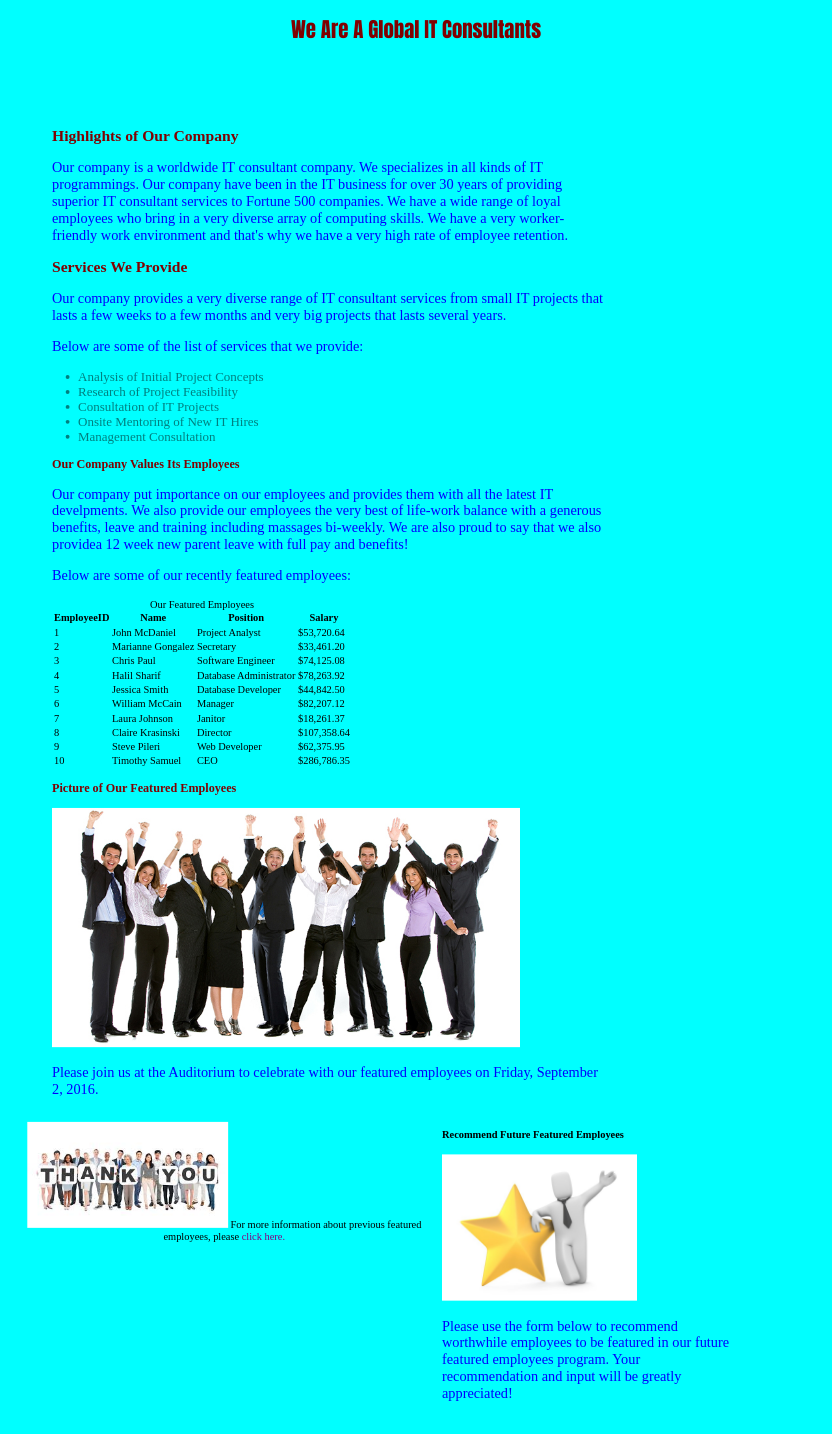
Repository: myjavaweb2/Week5JDBCAssignments
Page: myweek4project/src/main/webapp/index.html
An editor plug-in stored every save of this project. The page is shown before and after the next save, followed by the edit.
The browser window is 1280 px wide. The pictures show the whole page, at 65% of full size.

Above is the page before, as saved 2016-08-26 18:03:22.

### myweek4project/src/main/webapp/index.html
<!DOCTYPE html>
<html>
<head>
<meta charset="ISO-8859-1">
<link rel="stylesheet" href="styles.css" />
<title>Employees at the New World Company</title>
</head>
<body>

<header>
<h1>We Are A Global IT Consultants</h1>
</header>

<main>

<div>
<h2>Highlights of Our Company</h2>

<p>Our company is a worldwide IT consultant company. We specializes in all kinds of IT programmings.
Our company have been in the IT business for over 30 years of providing superior IT consultant
services to Fortune 500 companies. We have a wide range of loyal employees who bring in a very
diverse array of computing skills. We have a very worker-friendly work environment and that's
why we have a very high rate of employee retention.</p>

<h2>Services We Provide</h2>

<p>Our company provides a very diverse range of IT consultant services from small IT projects that lasts
a few weeks to a few months and very big projects that lasts several years.</p>

<p>Below are some of the list of services that we provide:</p>

<ul>
	<li>Analysis of Initial Project Concepts</li>
	<li>Research of Project Feasibility</li>
	<li>Consultation of IT Projects</li>
	<li>Onsite Mentoring of New IT Hires</li>
	<li>Management Consultation</li>
</ul>
</div>

<div>
<h3>Our Company Values Its Employees</h3>

<p>Our company put importance on our employees and provides them with all the latest IT develpments.
We also provide our employees the very best of life-work balance with a generous benefits, leave and
training including massages bi-weekly. We are also proud to say that we also providea 12 week new
parent leave with full pay and benefits!</p>

<p>Below are some of our recently featured employees:</p>

<table>
	<caption>Our Featured Employees</caption>
		<tr>
			<th>EmployeeID</th>
			<th>Name</th>
			<th>Position</th>
			<th>Salary</th>
		</tr>
		<tr>
			<td>1</td>
			<td>John McDaniel</td>
			<td>Project Analyst</td>
			<td>$53,720.64</td>
		</tr>
		<tr>
			<td>2</td>
			<td>Marianne Gongalez</td>
			<td>Secretary</td>
			<td>$33,461.20</td>
		</tr>
		<tr>
			<td>3</td>
			<td>Chris Paul</td>
			<td>Software Engineer</td>
			<td>$74,125.08</td>
		</tr>
		<tr>
			<td>4</td>
			<td>Halil Sharif</td>
			<td>Database Administrator</td>
			<td>$78,263.92</td>
		</tr>
		<tr>
			<td>5</td>
			<td>Jessica Smith</td>
			<td>Database Developer</td>
			<td>$44,842.50</td>
		</tr>
		<tr>
			<td>6</td>
			<td>William McCain</td>
			<td>Manager</td>
			<td>$82,207.12</td>
		</tr>
		<tr>
			<td>7</td>
			<td>Laura Johnson</td>
			<td>Janitor</td>
			<td>$18,261.37</td>
		</tr>
		<tr>
			<td>8</td>
			<td>Claire Krasinski</td>
			<td>Director</td>
			<td>$107,358.64</td>
		</tr>
		<tr>
			<td>9</td>
			<td>Steve Pileri</td>
			<td>Web Developer</td>
			<td>$62,375.95</td>
		</tr>
		<tr>
			<td>10</td>
			<td>Timothy Samuel</td>
			<td>CEO</td>
			<td>$286,786.35</td>
		</tr>

</table>

<h3>Picture of Our Featured Employees</h3>

<img alt="Snap of Employees" src="images/employees.jpg">

<p>Please join us at the Auditorium to celebrate with our featured employees
on Friday, September 2, 2016.</p>

</div>

</main>

<aside>
<h4>Recommend Future Featured Employees</h4>

<img alt="Employee Pride" src="images/employee_pride.jpg" width="300px">

<p>Please use the form below to recommend worthwhile employees to be featured
in our future featured employees program. Your recommendation and input will
be greatly appreciated!</p>


</aside>

<footer>
<img alt="Employees Appreciation" src="images/employees2.jpg">

For more information about previous featured employees, please
<a href="http://www.prnewswire.com/news-releases/video-production-agency-rep-interactive-wins-inccoms-50-best-workplaces-award-300317746.html">
click here.</a>
</footer>



</body>
</html>

### myweek4project/src/main/webapp/styles.css
html, body {
	margin: 0;
	padding: 0;
	border: 0;
	font-size: 100%;
	background-color: aqua;
}

header {
	height: 135px;
}

main {
	width: 850px;
	background-color: aqua;
	float: left;
	padding-left: 0;
	padding-right: 0;
	position: relative;
	right: 20px;
  	left: 80px;
  	top: 20px;
  	bottom: 15px;
}

aside {
	width: 450px;
	background-color: aqua;
	float: right;
	padding: 25px;
	padding-right: 150px;
}

footer {
	clear: left;
	padding: 35px;
	border: 5px;
	text-align: center;
}

p {
	font-style: Times New Roman, Tahoma, sans serif;
	font-size: 22px;
	color: blue;
}

h1, h2, h3 {
	font-family: fantasy, serif;
	color:maroon;
}

h1 {
	font-family: "Helvetica-Bold",Impact, sans serif;
	text-align: center;

}

ul {
	color:teal;
	font-size: 20px;
}
a {
	color: purple;
	text-decoration: none;
}

After the next save:
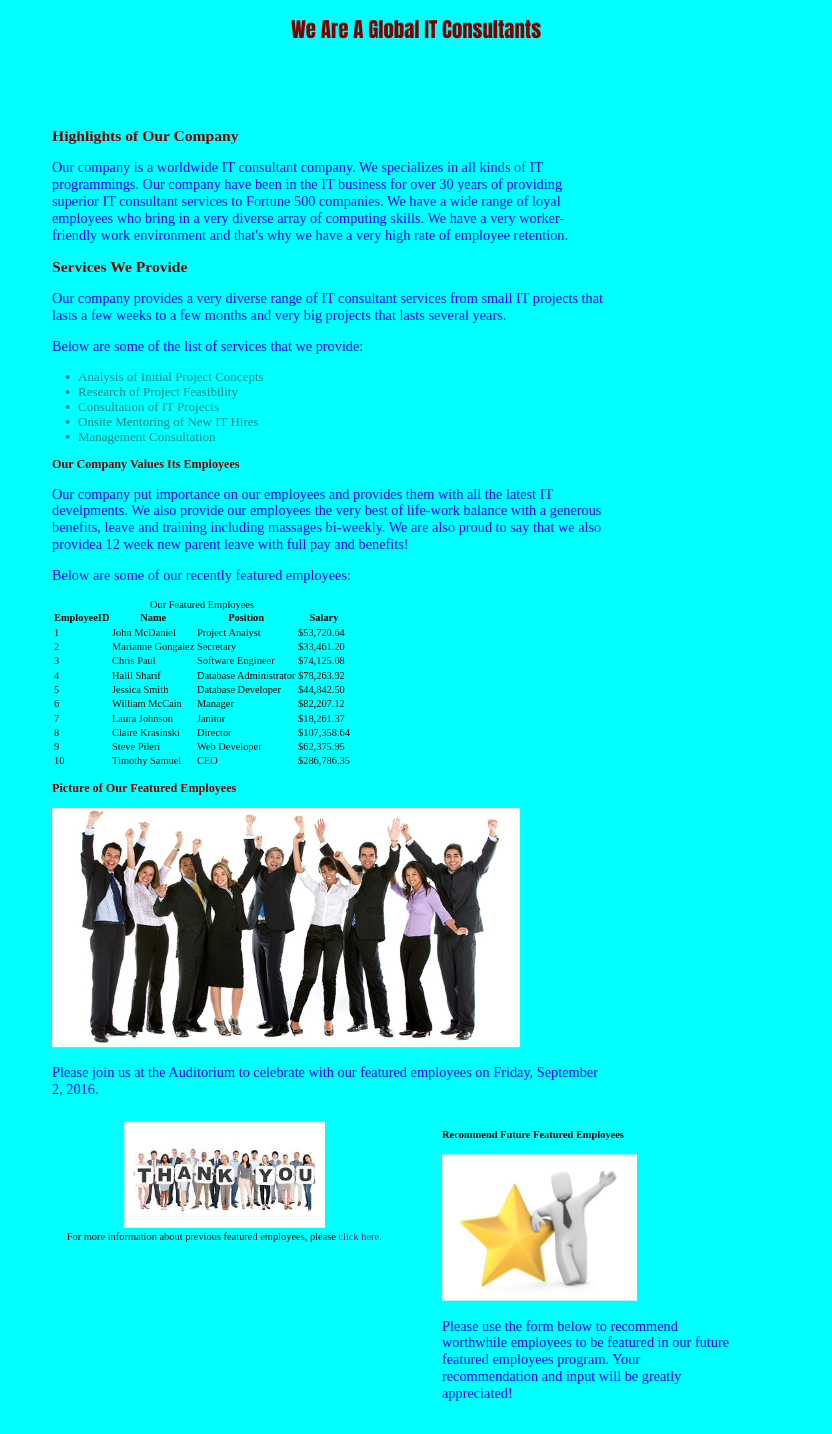
Saved 41 s later.
--- a/myweek4project/src/main/webapp/index.html
+++ b/myweek4project/src/main/webapp/index.html
@@ -143,7 +143,7 @@ be greatly appreciated!</p>
 </aside>
 
 <footer>
-<img alt="Employees Appreciation" src="images/employees2.jpg">
+<img alt="Employees Appreciation" src="images/employees2.jpg"><br>
 
 For more information about previous featured employees, please
 <a href="http://www.prnewswire.com/news-releases/video-production-agency-rep-interactive-wins-inccoms-50-best-workplaces-award-300317746.html">
